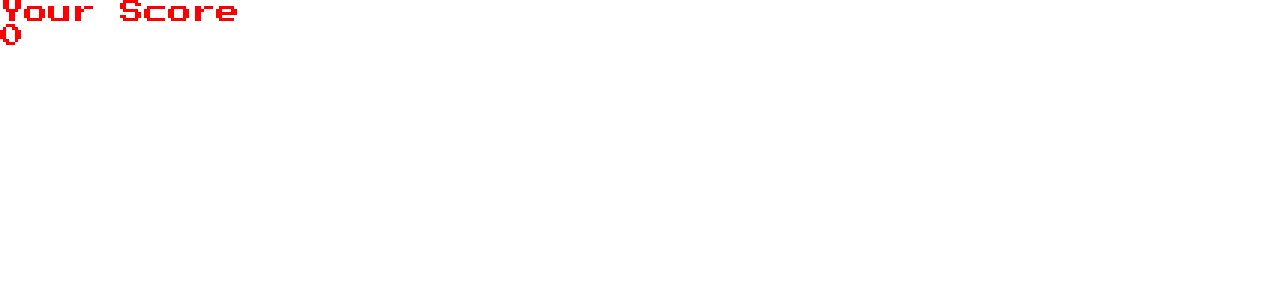
Repository: marcioresidenty/DetonaRalph
Page: DetonaHalph/Webapp/index.html
The author's editor kept a copy of each file at every save. The page is drawn from the files as they stood at one save, then again after the next save.
The browser window is 1280 px wide. The pictures show the whole page.

Above is the page before, as saved 2024-11-12 16:13:42.

After the next save:
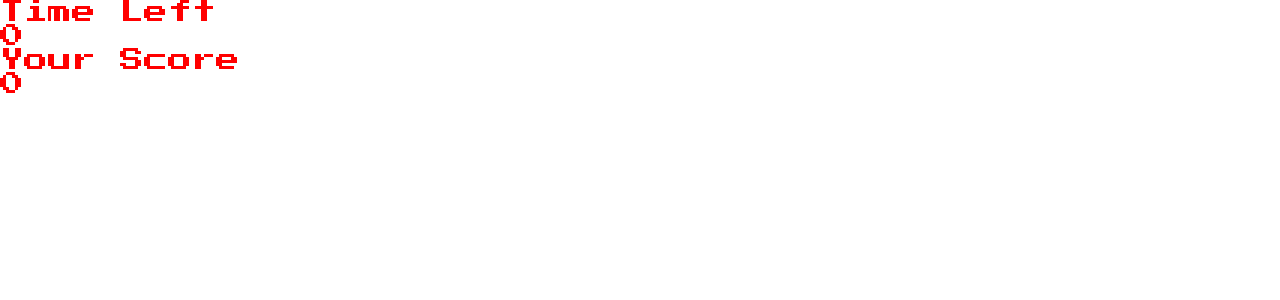
Saved 68 s later.
--- a/DetonaHalph/Webapp/index.html
+++ b/DetonaHalph/Webapp/index.html
@@ -21,11 +21,15 @@
 	<div class="container">
        	<div class="menu">
        		<div class="menu-time">
-       			<h2 style="color:red">Your Score</h2>
+       			<h2 style="color:red">Time Left</h2>
        			<h2>0</h2>
        		</div>
 
-       		<div class="menu-score"></div>
+       		<div class="menu-score">
+       			<h2 style="color:red">Your Score</h2>
+       			<h2>0</h2>
+
+       		</div>
 
        		<div class="menu-lives"></div>
        	</div>
